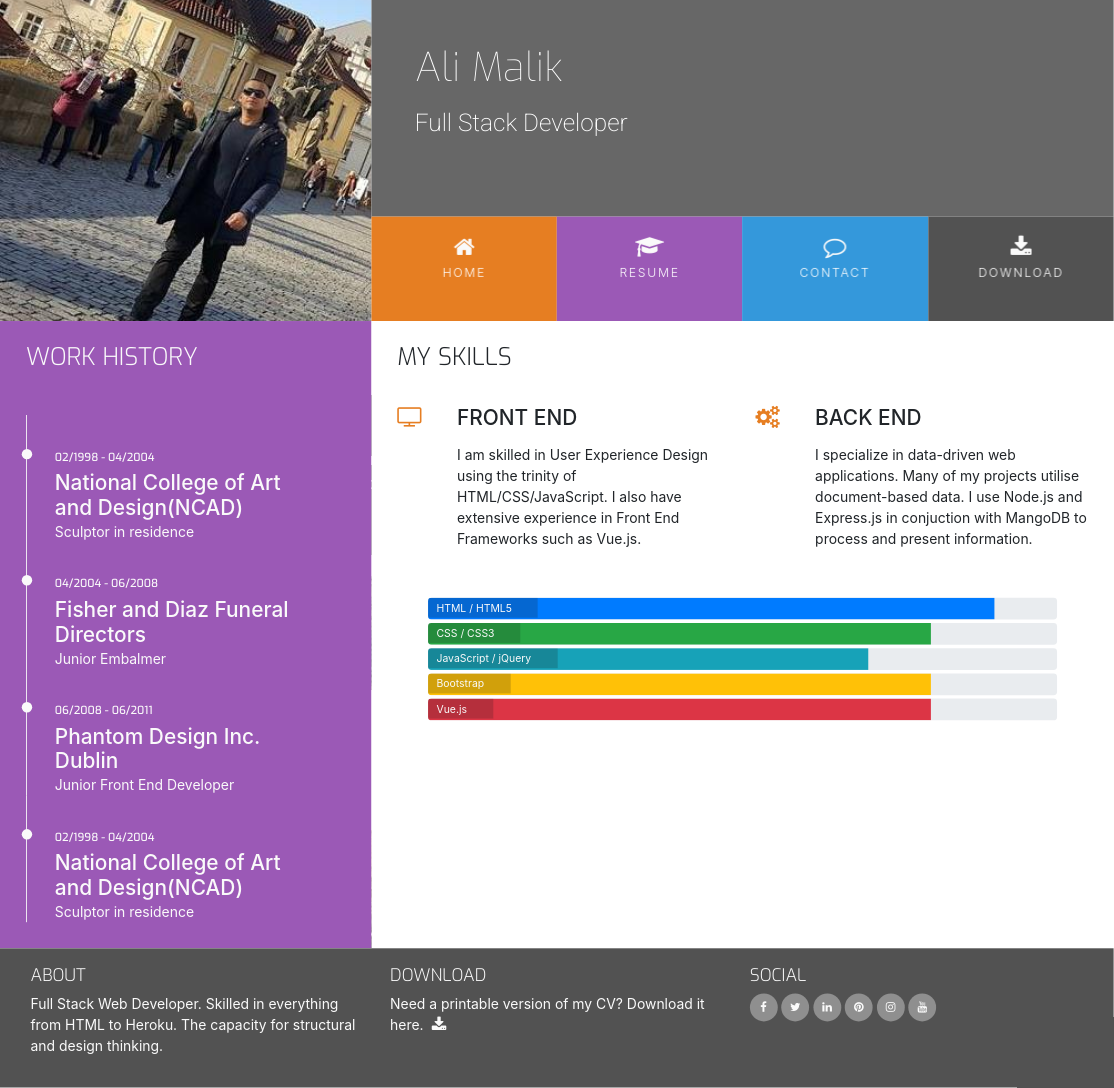
Repository: anmalik82/Padding-Top
Page: resume.html
The author's editor kept a record of every edit. The page is drawn from the files as they stood at one moment, then again after the next edit.
The browser window is 1280 px wide. The pictures show the whole page, at 87% of full size.
Some web libraries are served in a nearby version.

Above is the page before.

After the next edit:
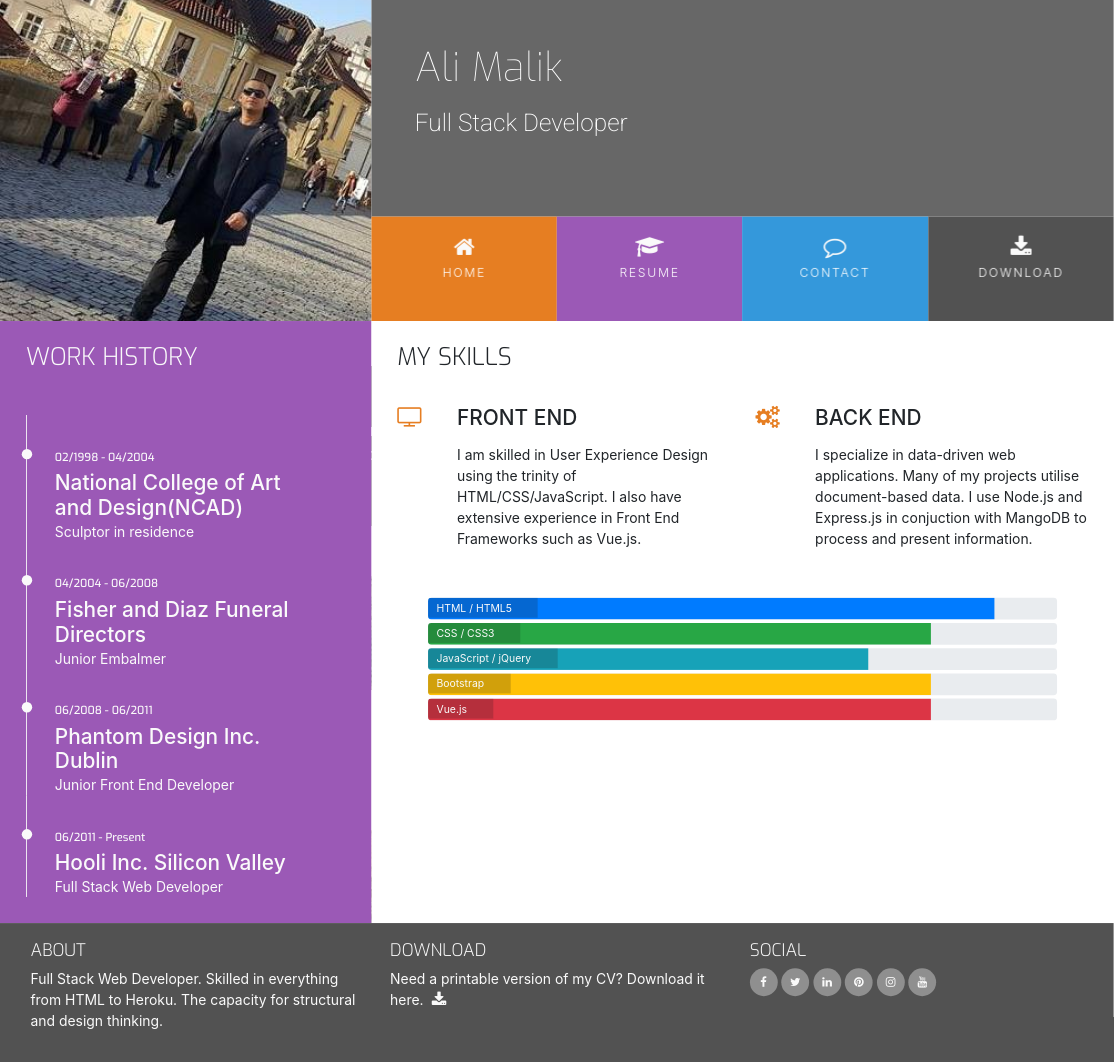
The edit:
--- a/resume.html
+++ b/resume.html
@@ -70,9 +70,9 @@
                     <h4>Phantom Design Inc. Dublin</h4>
                     <p>Junior Front End Developer</p>
                 </div>
-                <div class="timeline-item" data-dates="02/1998 - 04/2004">
-                    <h4>National College of Art and Design(NCAD)</h4>
-                    <p>Sculptor in residence</p>
+                <div class="timeline-item" data-dates="06/2011 - Present">
+                    <h4>Hooli Inc. Silicon Valley</h4>
+                    <p>Full Stack Web Developer</p>
                 </div>
             </div>
             <div class="col-md-8 bg-color-three-reasons section-column">
